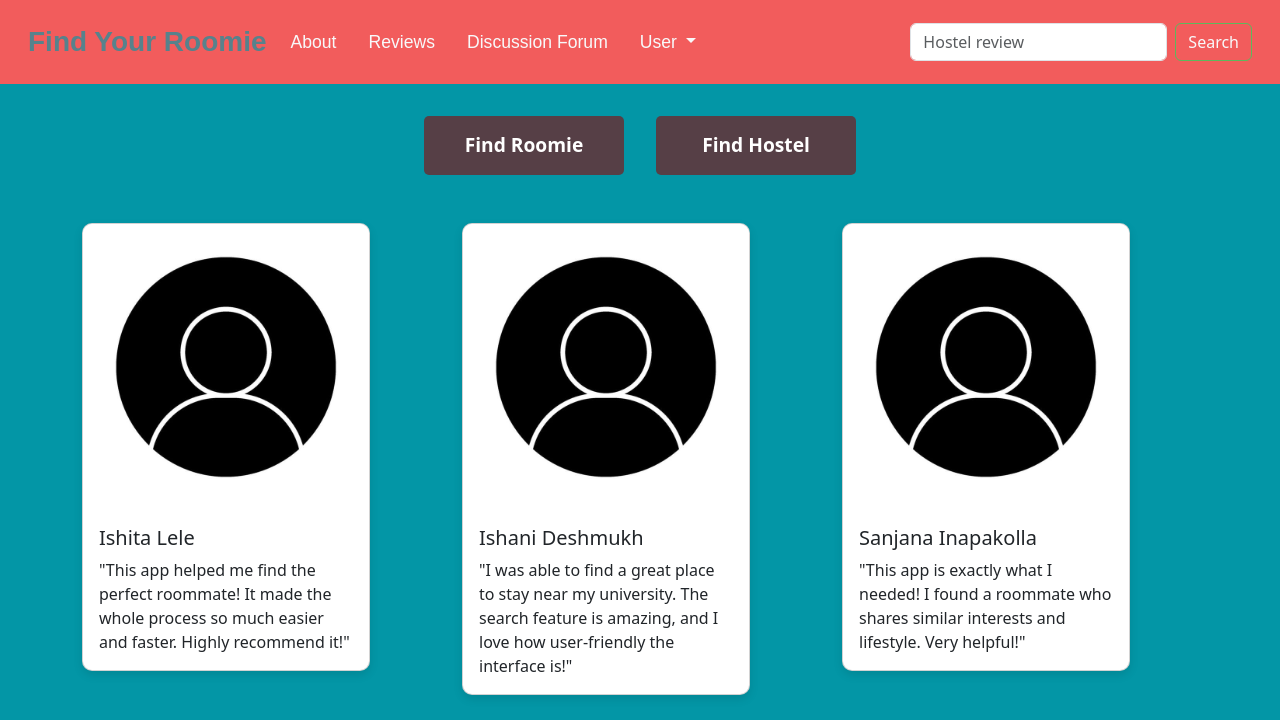
Repository: Sanjana-Inapakolla/Find-your-Roomie-website
Page: mini-project(jfst)/MiniProject/src/main/webapp/home.html
The author's editor kept a copy of each file at every save. The page is drawn from the files as they stood at one save, then again after the next save.
The browser window is 1280 px wide. The pictures show the whole page.

Above is the page before, as saved 2024-11-13 07:04:19.

After the next save:
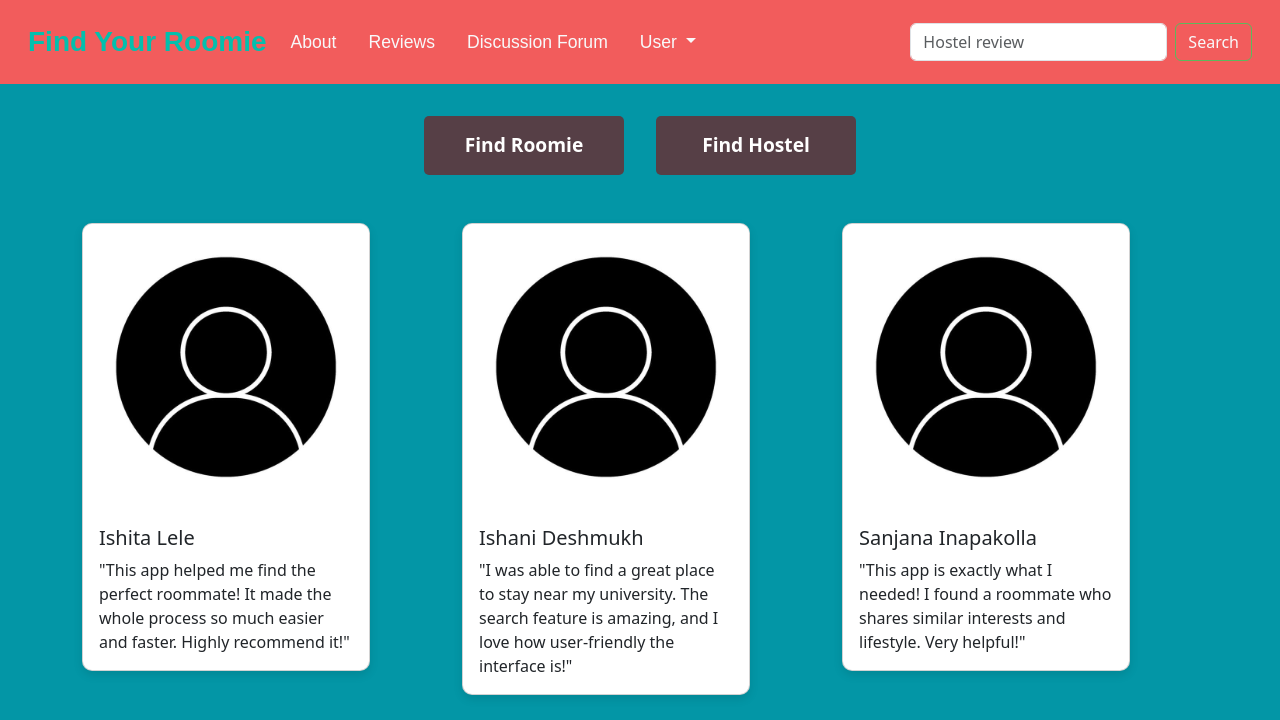
Saved 30 s later.
--- a/mini-project(jfst)/MiniProject/src/main/webapp/home.html
+++ b/mini-project(jfst)/MiniProject/src/main/webapp/home.html
@@ -17,7 +17,7 @@
       font-size: 1.75rem;
       font-weight: bold;
       font-family: 'Arial', sans-serif;
-      color: #0396A6A6;
+      color: #04BFAD;
     }
 
     /* Navbar Links (Home, Reviews, Discussion Forum) */
